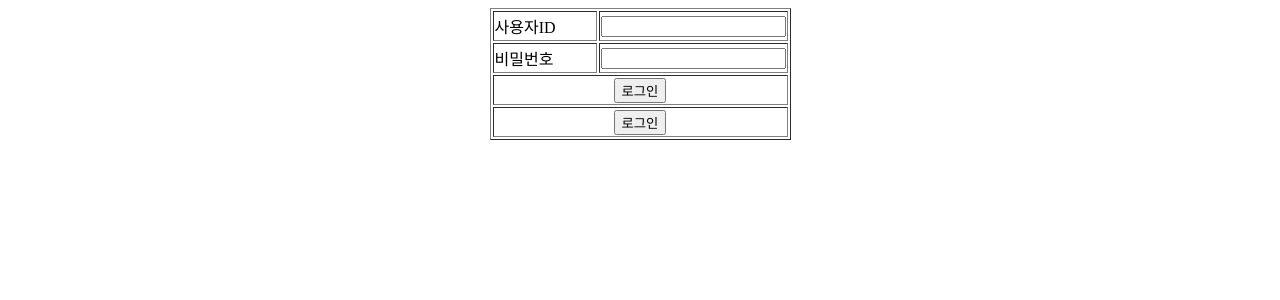
Repository: choogeonhwi/java-
Page: http://localhost/spring_test_member_jdbc/login.jsp
The author's editor kept a copy of each file at every save. The page is drawn from the files as they stood at one save, then again after the next save.
The browser window is 1280 px wide. The pictures show the whole page.
The page is served by Tomcat 9.

Above is the page before, as saved 2024-01-12 01:47:55.

After the next save:
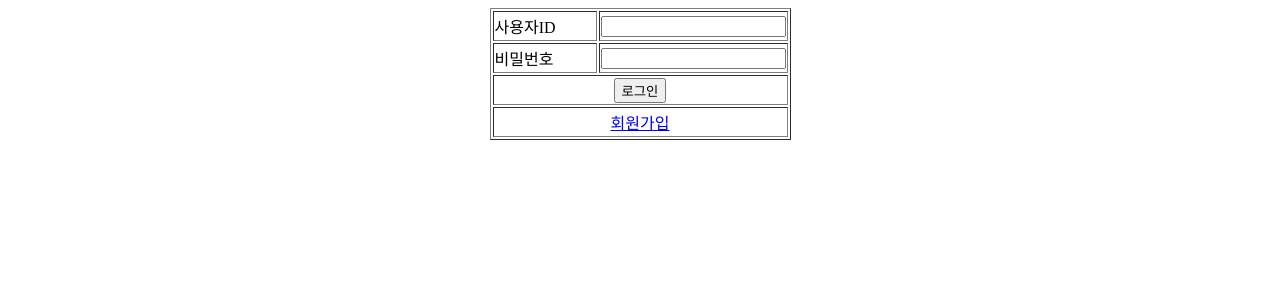
Saved 47 s later.
--- a/Spring/spring_test_member_jdbc/src/main/webapp/login.jsp
+++ b/Spring/spring_test_member_jdbc/src/main/webapp/login.jsp
@@ -32,7 +32,7 @@
 			</tr>
 			<tr height="30">
 				<td colspan="2" align="center">
-					<input type="submit" value="로그인">
+					<a href="register">회원가입</a>
 				</td>
 			</tr>
 
